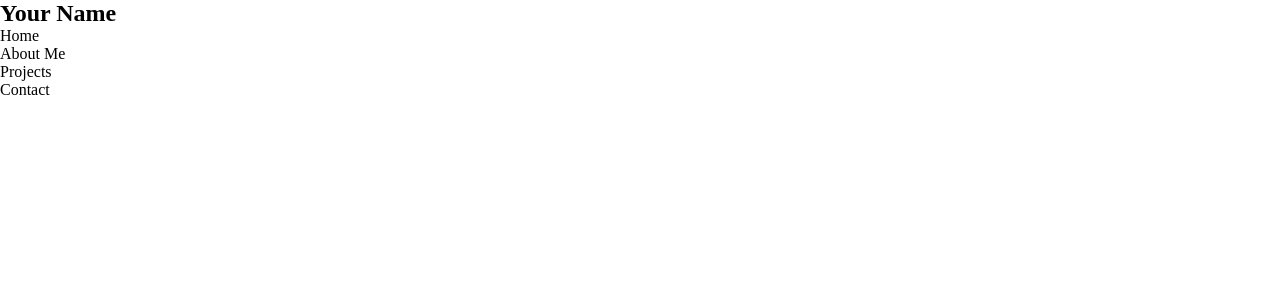
Repository: DevAntonioRogers/vanilla-portfolio
Page: index.html
An editor plug-in stored every save of this project. The page is shown before and after the next save, followed by the edit.
The browser window is 1280 px wide. The pictures show the whole page.

Above is the page before, as saved 2023-07-12 14:01:59.

After the next save:
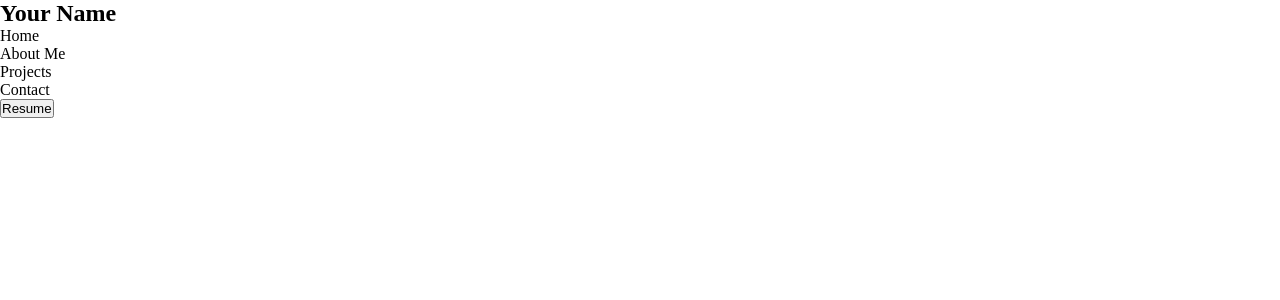
Saved 87 s later.
--- a/index.html
+++ b/index.html
@@ -23,6 +23,9 @@
         <li>
           <a href="/">Contact</a>
         </li>
+        <li>
+          <button>Resume</button>
+        </li>
       </ul>
     </nav>
   </body>
